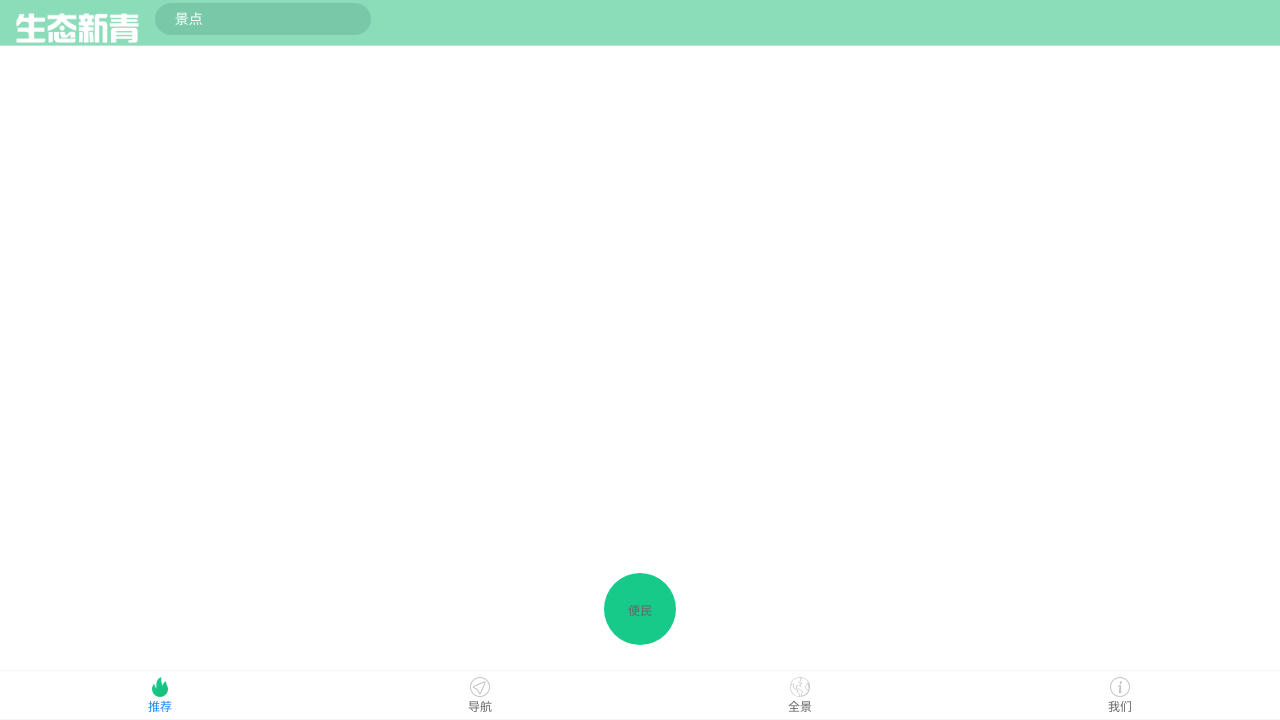
Repository: huye123/stcq
Page: /
The author's editor kept a copy of each file at every save. The page is drawn from the files as they stood at one save, then again after the next save.
The browser window is 1280 px wide. The pictures show the whole page.
The project was rebuilt for these pictures with package versions that can differ from the ones it lists, and the page was loaded fresh each time. Also part of the build but not shown: src/components/search.vue.

Above is the page before, as saved 2019-06-28 16:37:54.

### index.html
<!DOCTYPE html>
<html>
  <head>
    <meta charset="utf-8">
    <meta name="viewport" content="width=device-width,initial-scale=1.0">
    <title>stcqapp</title>
  </head>
  <body>
    <div id="app"></div>
    <!-- built files will be auto injected -->
  </body>
</html>

### src/main.js
// The Vue build version to load with the `import` command
// (runtime-only or standalone) has been set in webpack.base.conf with an alias.
import Vue from 'vue'
import App from './App'
import router from './router'
import Vant from 'vant';
import 'vant/lib/index.css';
Vue.use(Vant)

Vue.config.productionTip = false

// require('src\style\index.less')
/* eslint-disable no-new */
new Vue({
  el: '#app',
  router,
  components: { App },
  template: '<App/>'
})

### src/App.vue
<template>
  <div id="app">
     <router-view/>
  <van-tabbar v-model="active">
  <van-tabbar-item >
    <span>推荐</span>
    <img
      slot="icon"
      slot-scope="props"
      :src="props.active ? icon.active : icon.normal"
    >
  </van-tabbar-item>
  <van-tabbar-item >
    <span>导航</span>
    <img
      slot="icon"
      slot-scope="search"
      :src="search.active ? icon.active1 : icon.navigation"
    >
  </van-tabbar-item>
  <van-tabbar-item  class="bianmin">
    <span>便民</span>
  </van-tabbar-item>
  <van-tabbar-item >
    <span>全景</span>
    <img
      slot="icon"
      slot-scope="panorama"
      :src="panorama.active ? icon.active3 : icon.panorama"
    >
  </van-tabbar-item>
  <van-tabbar-item >
    <span>我们</span>
    <img
      slot="icon"
      slot-scope="user"
      :src="user.active ? icon.active4 : icon.user"
    >
  </van-tabbar-item>
  <!-- <van-tabbar-item icon="search">标签</van-tabbar-item>
  <van-tabbar-item icon="setting-o">标签</van-tabbar-item>
  <van-tabbar-item icon="search">标签</van-tabbar-item> -->
</van-tabbar>
  </div>
</template>

<script>
export default {
  name: 'App',
  data() {
    return {
      active: 0,
      icon: {
        normal: 'static/image/tuijian-n.png',
        active: 'static/image/tuijian-s.png',
        navigation: 'static/image/daolan-n.png',
        active1: 'static/image/daolan-s.png',
        panorama: 'static/image/quanjing-n.png',
        active3: 'static/image/quanjing-s.png',
        user: 'static/image/women-n.png',
        active4: 'static/image/women-s.png'
      },
      //  iconNav: {
      //   normal: 'static/image/daolan-n.png',
      //   active: 'static/image/daolan-s.png'
      // }
    }
  },
}
</script>

<style>
#app {
  font-family: 'Avenir', Helvetica, Arial, sans-serif;
  -webkit-font-smoothing: antialiased;
  -moz-osx-font-smoothing: grayscale;
  text-align: center;
  color: #2c3e50;
  margin-top: 60px;
}
.bianmin{
      background: #18ca8a;
    border-radius: 50%;
    /* width: 100%; */
    height: 72px;
    width: 72px;
    position: absolute;
    top:  calc(-50% - 72px);
    left: calc(50% - 36px);

}
</style>

### src/router/index.js
import Vue from 'vue'
import Router from 'vue-router'
import HelloWorld from '@/components/HelloWorld'
import Search from '@/components/search'

Vue.use(Router)

export default new Router({
  routes: [
    {
      path: '/',
      name: 'HelloWorld',
      component: HelloWorld
    },
    {
      path: '@/components/search',
      name: 'search',
      meta: {
       title: '搜索',
      },
     }

  ]
})

### src/components/HelloWorld.vue
<template>
  <div class="hello">
    <van-nav-bar fixed class="index">
      <div slot="left">
        <!-- <span class="title">生态新青</span> -->
        <van-col span="8" class="logo">
          <img src="../../static/image/logo.png" alt="">
        </van-col>
        <router-link :to="{ name: '搜索'}">
          <van-col span="14" class="indexBtn" :offset="1">
            <button>景点</button>
          </van-col>
        </router-link>
      </div>
  <!-- <van-icon name="search" slot="right" /> -->
</van-nav-bar>
  </div>
</template>

<script>
export default {
  name: 'HelloWorld',
  data () {
    return {

    }
  }
}
</script>

<!-- Add "scoped" attribute to limit CSS to this component only -->

<style scoped>
 .index{
   background-color: rgba(25, 186, 117, 0.5);
   /* opacity: 0.5; */

 }
  .logo img{
     width: 100%;
      display: block;
      margin-top: 10px;

   }
   .indexBtn button{
     background-color:  rgba(105, 184, 153, 0.5);
     border: 0px;
     width: 100%;
     border-radius: 25px;
     line-height: 30px;
     color: #fff;
     text-align: left;
     padding-left: 20px;
   }

</style>

After the next save:
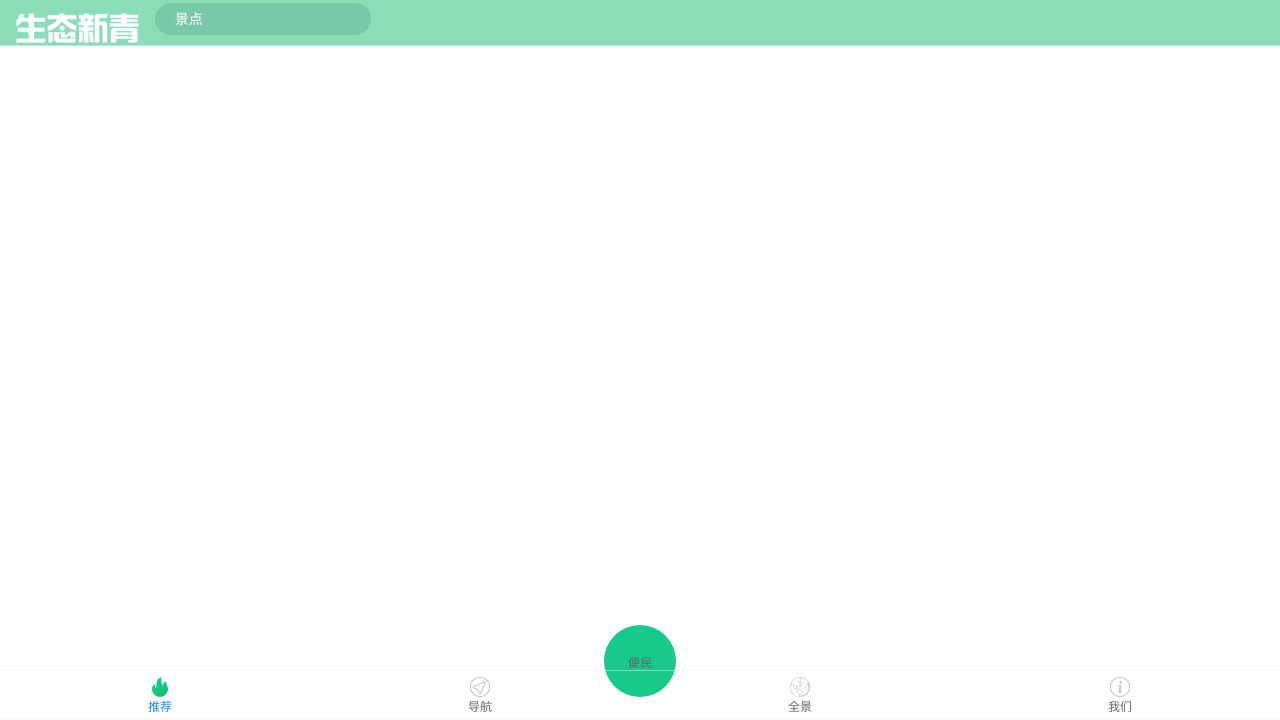
Saved 11 s later.
--- a/src/App.vue
+++ b/src/App.vue
@@ -85,7 +85,7 @@ export default {
     height: 72px;
     width: 72px;
     position: absolute;
-    top:  calc(-50% - 72px);
+    top:  calc(-50% - 20px);
     left: calc(50% - 36px);
 
 }
